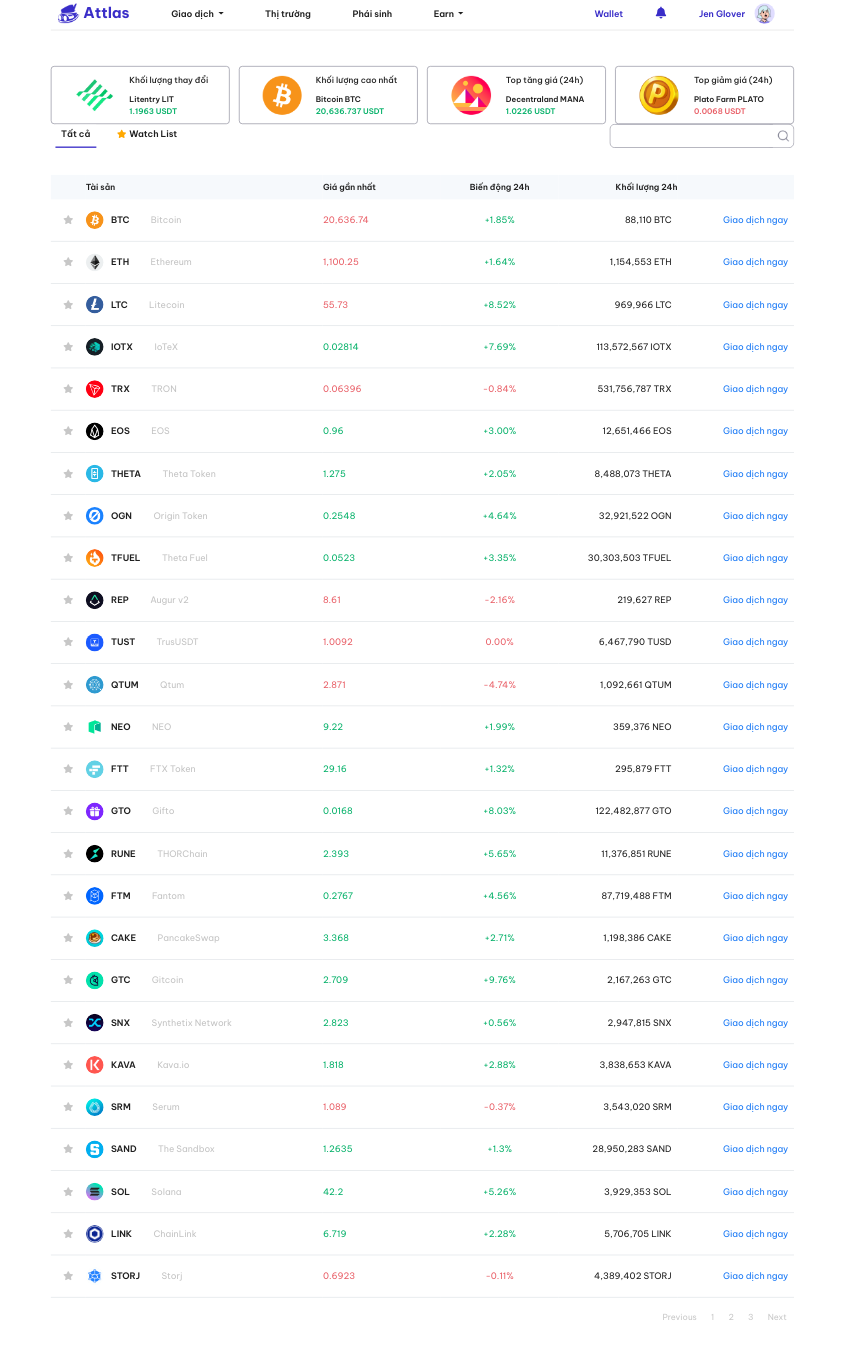
Repository: 1509Long/1509long.github.io
Page: techmaster-test/homepage.html
The author's editor kept a copy of each file at every save. The page is drawn from the files as they stood at one save, then again after the next save.
The browser window is 1280 px wide. The pictures show the whole page, at 66% of full size.

Above is the page before, as saved 2022-07-19 19:42:02.

After the next save:
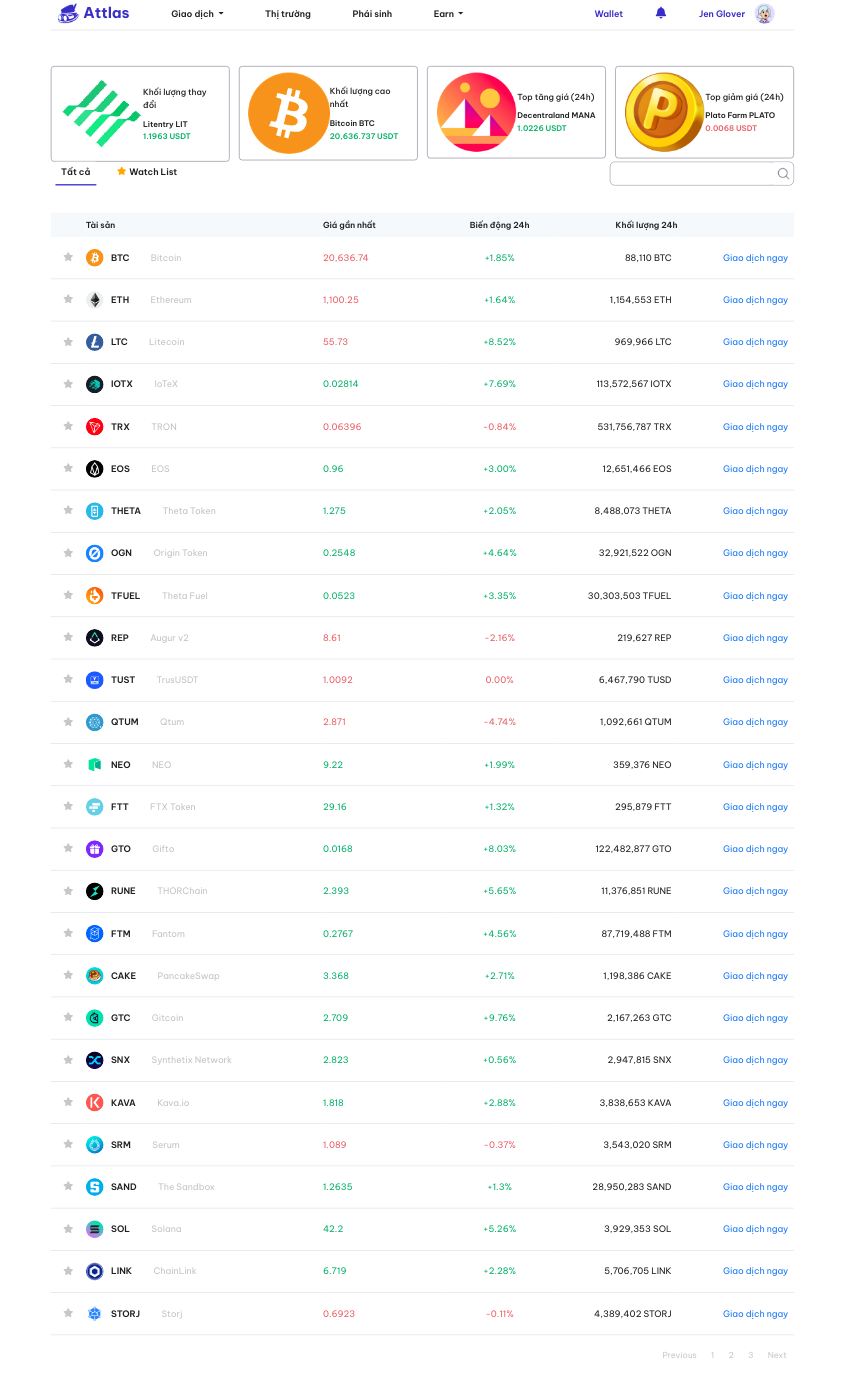
Saved 56 s later.
--- a/techmaster-test/homepage.css
+++ b/techmaster-test/homepage.css
@@ -98,7 +98,7 @@
     border: 0.5px solid #8B8C9B;
 }
 
-.token-top {
+.token-pic {
     width: 7.6rem;
     height: 7.6rem;
     padding: 0.5rem;
